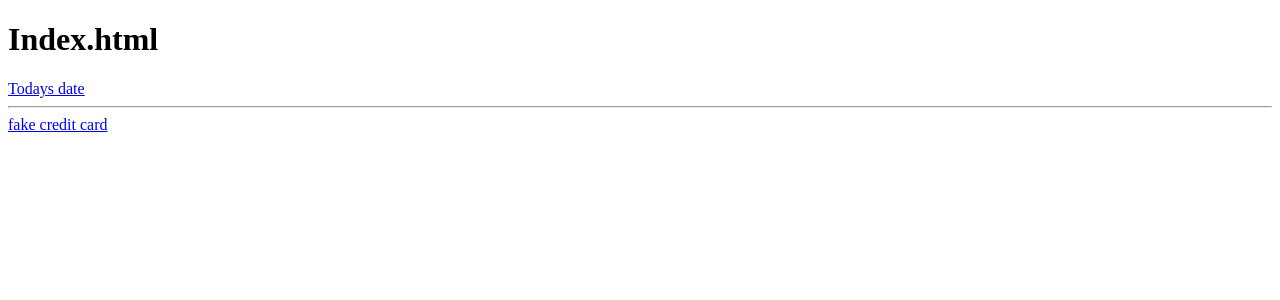
Repository: ScorpionHell7/ServletProjects
Page: Servlet_workspace/HelloWorld1/src/main/webapp/index.html
These files come from the project's save history. The page is drawn as it stood at one moment and after the next save; the edit follows.
The browser window is 1280 px wide. The pictures show the whole page.

Above is the page before, as saved 2024-05-01 17:19:46.

### Servlet_workspace/HelloWorld1/src/main/webapp/index.html
<!DOCTYPE html>
<html>
<head>
<meta charset="ISO-8859-1">
<title>Insert title here</title>
</head>

<body>
<h1>Index.html</h1>
<a href ="today">Todays date</a>
<hr>
<a href ="fakecc">fake credit card</a>
</body>
</html>

After the next save:
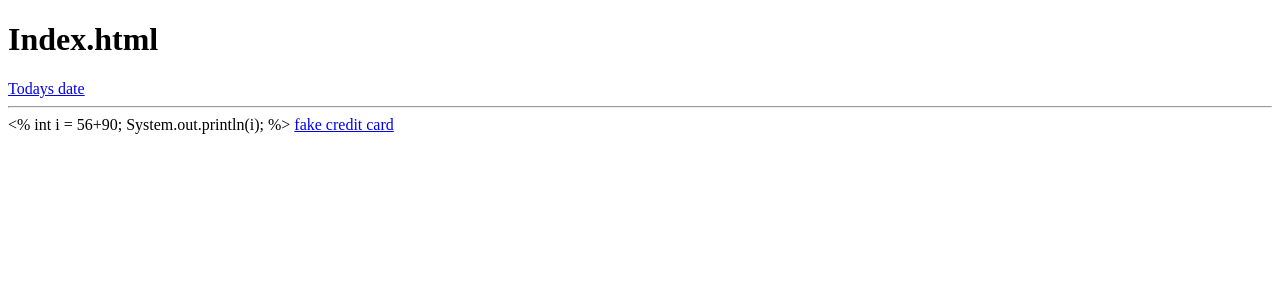
Saved 25 min 47 s later.
--- a/Servlet_workspace/HelloWorld1/src/main/webapp/index.html
+++ b/Servlet_workspace/HelloWorld1/src/main/webapp/index.html
@@ -9,6 +9,10 @@
 <h1>Index.html</h1>
 <a href ="today">Todays date</a>
 <hr>
+<%
+	int i = 56+90;
+	System.out.println(i);
+%>
 <a href ="fakecc">fake credit card</a>
 </body>
 </html>
